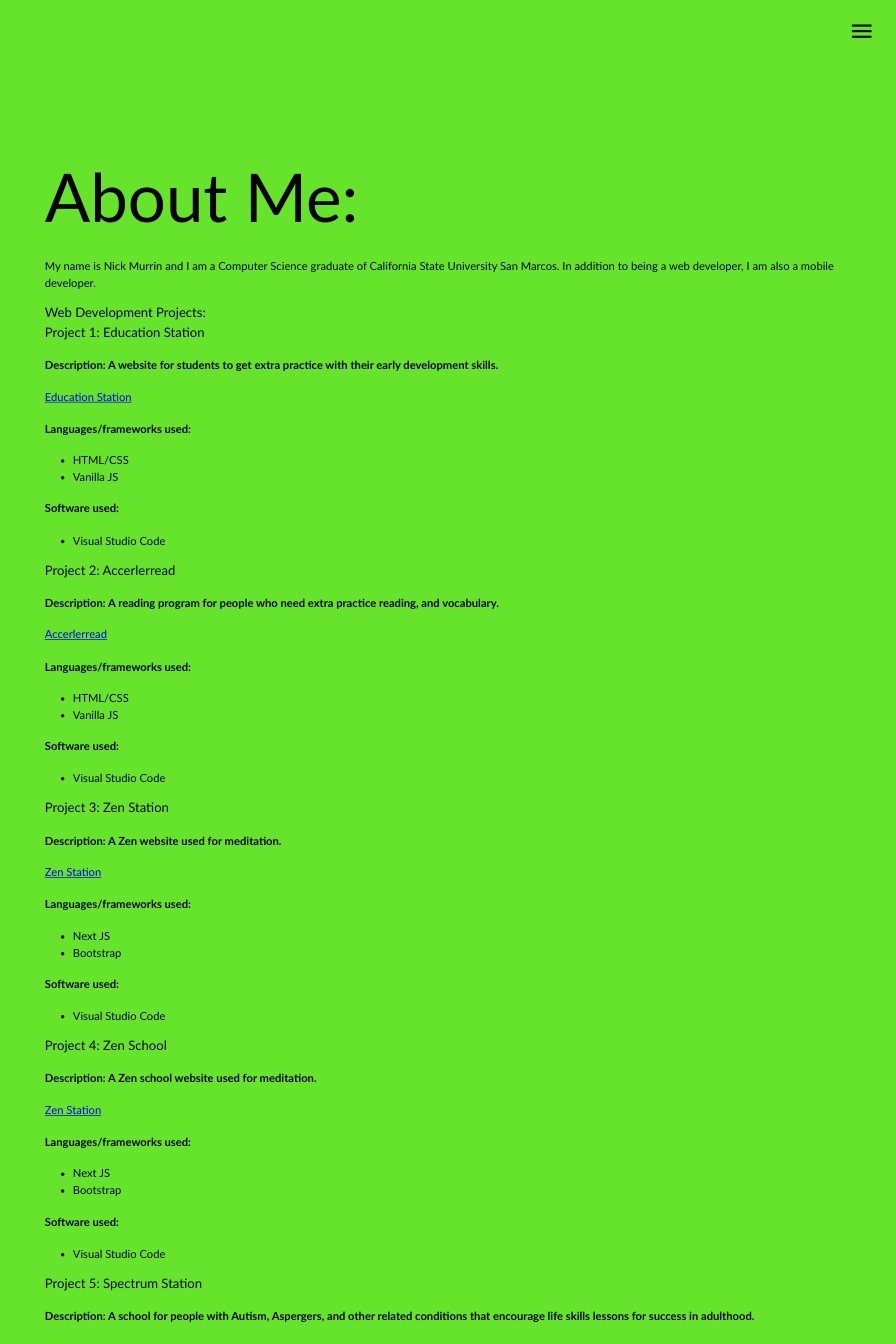
Repository: collegedude9300/modernport
Page: about.html
An editor plug-in stored every save of this project. The page is shown before and after the next save, followed by the edit.
The browser window is 1280 px wide. The pictures show the part of the page from y = 0 to 1920 px (the page is 2725 px tall before and 2701 px after), at 70% of full size.

Above is the page before, as saved 2023-06-26 22:22:12.

### about.html
<!DOCTYPE html>
<html lang="en">
<head>
  <meta charset="UTF-8">
  <meta name="viewport" content="width=device-width, initial-scale=1.0">
  <meta http-equiv="X-UA-Compatible" content="ie=edge">
  <link rel="stylesheet" href="css/main.css">
  <title>Portfolio</title>
</head>
<body>
<header>
<div class="menu-btn">
<div class="btn-line"></div>
<div class="btn-line"></div>
<div class="btn-line"></div>
</div>

<nav class="menu">
<div class="menu-branding">
<div class="portrait"></div>
</div>

<ul class="menu-nav">
<li class="nav-item">
<a href="index.html" class="nav-link">
Home
</a>
</li>

<li class="nav-item current">
<a href="about.html" class="nav-link">
About Me
</a>
</li>



<li class="nav-item">
<a href="contact.html" class="nav-link">
Contact Me
</a>
</li>
</ul>
</nav>
</header>
<main id="home">

<h1 class="lg-heading">
About Me:
</h1>
    <div class="about-info">
      <div class="bio">
        <p>My name is Nick Murrin and I am a Computer Science graduate of California State University San Marcos.
        In addition to being a web developer, I am also a mobile developer.
        </p>
        <h3>  Web Development Projects:</h3>
      </div>
      <div class="project1">
        <h3>Project 1: Education Station </h3>
        <h4>Description: A website for students to get extra practice with their early development skills.</h4>
        <a href="https://educationstation.vercel.app/ "/>Education Station </a>
<h4> Languages/frameworks used: </h4>
<ul>
  <li>HTML/CSS</li>
  <li>Vanilla JS </li>
</ul>
<h4> Software used: </h4>
<ul>
<li> Visual Studio Code  </li>
</ul>
      </div>
      <div class="project2">
        <h3>Project 2: Accerlerread</h3>
        <h4>Description: A reading program for people who need extra practice reading, and vocabulary. </h4>
        <a href="https://accelerread.vercel.app/"/> Accerlerread </a>
    <h4> Languages/frameworks used: </h4>
    <ul>
      <li>HTML/CSS</li>
      <li>Vanilla JS </li>
    </ul>
    <h4> Software used: </h4>
    <ul>
    <li> Visual Studio Code  </li>
    </ul>
      </div>
<div class="project3">
        <h3>Project 3: Zen Station</h3>
        <h4>Description: A Zen website used for meditation.</h4>
        <a href="https://zenstationnext.vercel.app/"/> Zen Station </a>
<h4> Languages/frameworks used: </h4>
<ul>
  <li>Next JS</li>
  <li>Bootstrap</li>
</ul>
<h4> Software used: </h4>
<ul>
<li> Visual Studio Code  </li>
</ul>
      </div>

      <div class="project4">
        <h3>Project 4: Zen School</h3>
        <h4>Description: A Zen school website used for meditation.</h4>
        <a href="https://zenschool.vercel.app/"/> Zen Station </a>
<h4> Languages/frameworks used: </h4>
<ul>
  <li>Next JS</li>
  <li>Bootstrap</li>
</ul>
<h4> Software used: </h4>
<ul>
<li> Visual Studio Code  </li>
</ul>
      </div>


      <div class="project5">
        <h3>Project 5: Spectrum Station</h3>
        <h4>Description: A school for people with Autism, Aspergers, and other related conditions that encourage life skills lessons for success in adulthood.</h4>
        <a href="https://spectrumstation.vercel.app/"/> Spectrum Station </a>
<h4> Languages/frameworks used: </h4>
<ul>
  <li>Next JS</li>
  <li>ChakraJS</li>
</ul>
<h4> Software used: </h4>
<ul>
<li> Visual Studio Code  </li>
</ul>
      </div>

      <div class="project6">
        <h3>Project 6:  Diet Blog</h3>
        <h4>Description: A diet blog that provides advice about healthy living.</h4>
        <a href="https://dietblog.vercel.app/"/> Diet Blog </a>
<h4> Languages/frameworks used: </h4>
<ul>
  <li>Next JS</li>
  <li>Markdown</li>
</ul>
<h4> Software used: </h4>
<ul>
<li> Visual Studio Code  </li>
</ul>
      </div>

<h4> Future Projects Summer/Fall 2023  </h4>
<ul>
  <li> Vuex Project </li>
  <li> Math Quiz for Kids updated with Universal </li>
  <li> Another NextJS project </li>
  </ul>

</div>
</div>
</main>
  <footer id="main-footer">
  Copyright &copy; 2023
  Developed and designed by Nick Murrin
  </footer>
<script src="js/main.js"> </script>
</body>
</html>

### css/main.css
.menu-btn {
  position: absolute;
  z-index: 3;
  right: 35px;
  top: 35px;
  cursor: pointer;
  transition: all 0.5s ease-out; }
  .menu-btn .btn-line {
    width: 28px;
    height: 3px;
    margin: 0 0 5px 0;
    background: #000;
    transition: all 0.5s ease-out; }
  .menu-btn.close {
    transform: rotate(180deg); }
    .menu-btn.close .btn-line:nth-child(1) {
      transform: rotate(45deg) translate(5px, 5px); }
    .menu-btn.close .btn-line:nth-child(2) {
      opacity: 0; }
    .menu-btn.close .btn-line:nth-child(3) {
      transform: rotate(-45deg) translate(7px, -6px); }

.menu {
  position: fixed;
  top: 0;
  width: 100%;
  opacity: 0.9;
  visibility: hidden; }
  .menu.show {
    visibility: visible; }
  .menu-branding, .menu-nav {
    display: flex;
    flex-flow: column wrap;
    align-items: center;
    justify-content: center;
    float: left;
    width: 50%;
    height: 100vh;
    overflow: hidden; }
  .menu-nav {
    margin: 0;
    padding: 0;
    background: #f6a205;
    list-style: none;
    transform: translate3d(0, -100%, 0);
    transition: all 0.5s ease-out; }
    .menu-nav.show {
      transform: translate3d(0, 0, 0); }
  .menu-branding {
    background: #faac1b;
    transform: translate3d(0, 100%, 0);
    transition: all 0.5s ease-out; }
    .menu-branding.show {
      transform: translate3d(0, 0, 0); }
    .menu-branding .portrait {
      width: 250px;
      height: 250px; }
  .menu .nav-item {
    transform: translate3d(600px, 0, 0);
    transition: all 0.5s ease-out; }
    .menu .nav-item.show {
      transform: translate3d(0, 0, 0); }
  .menu .nav-link {
    display: inline-block;
    position: relative;
    font-size: 30px;
    text-transform: uppercase;
    padding: 1rem 0;
    font-weight: 300;
    color: #000;
    text-decoration: none;
    transition: all 0.5s ease-out; }

.nav-item:nth-child(1) {
  transition-delay: 0.1s; }

.nav-item:nth-child(2) {
  transition-delay: 0.2s; }

.nav-item:nth-child(3) {
  transition-delay: 0.3s; }

.nav-item:nth-child(4) {
  transition-delay: 0.4s; }

@media screen and (min-width: 1171px) {
  .projects {
    grid-template-columns: repeat(4, 1fr); } }

@media screen and (min-width: 769px) and (max-width: 1170px) {
  .projects {
    grid-template-columns: repeat(3, 1fr); } }

@media screen and (max-width: 768px) {
  main {
    align-items: center;
    text-align: center; }
    main .lg-heading {
      line-height: 1;
      margin-bottom: 1rem; }
  ul.menu-nav,
  div.menu-branding {
    float: none;
    width: 100%;
    min-height: 0; }
    ul.menu-nav.show,
    div.menu-branding.show {
      transform: translate3d(0, 0, 0); }
  .menu-nav {
    height: 75vh;
    transform: translate3d(-100%, 0, 0);
    font-size: 24px; }
  .menu-branding {
    height: 25vh;
    transform: translate3d(100%, 0, 0); }
    .menu-branding .portrait {
      width: 150px;
      height: 150px; }
  .about-info {
    grid-template-areas: 'bioimage'
 'bio'
 'job1'
 'job2'
 'job3';
    grid-template-columns: 1fr; }
  .projects {
    grid-template-columns: repeat(2, 1fr); } }

@media screen and (max-width: 500px) {
  main {
    padding: 2rem; }
    main #home h1 {
      margin-top: 10vh; }
    main .lg-heading {
      margin-top: 1rem;
      font-size: 5rem; }
  .projects {
    grid-template-columns: 1fr; } }

* {
  box-sizing: border-box; }

body {
  background: #66e42c;
  color: #0a0303;
  height: 100%;
  margin: 0;
  font-family: 'Trebuchet MS', 'Lucida Sans Unicode', 'Lucida Grande', 'Lucida Sans', Arial, sans-serif;
  line-height: 1.5; }

.transition1 {
  width: 150px;
  height: 150px;
  background: red;
  transition: width 3s; }

.transition2 {
  width: 150px;
  height: 150px;
  background: #12e7ee;
  transition: width 3s; }

.transition3 {
  width: 150px;
  height: 150px;
  background: #e7d918;
  transition: width 3s; }

.transition4 {
  width: 150px;
  height: 150px;
  background: rgba(238, 150, 18, 0.753);
  transition: width 3s; }

.myTitle {
  padding: 50px;
  margin: 20px;
  font-size: 30px;
  font-family: Cambria, Cochin, Georgia, Times, 'Times New Roman', serif;
  color: #1133ca; }

h1, h2, h3 {
  margin: 0;
  font-weight: 400; }

.lg-heading {
  font-size: 6rem; }

header {
  position: relative;
  z-index: 2; }

main {
  padding: 4rem;
  height: 100%; }
  main#home {
    overflow: hidden; }
  main h1 {
    margin-top: 20vh; }

### js/main.js
// Select DOM Items
const menuBtn = document.querySelector('.menu-btn');
const menu = document.querySelector('.menu');
const menuNav = document.querySelector('.menu-nav');
const menuBranding = document.querySelector('.menu-branding');
const navItems = document.querySelectorAll('.nav-item');

// Set Initial State Of Menu
let showMenu = false;

menuBtn.addEventListener('click', toggleMenu);

function toggleMenu() {
  if (!showMenu) {
    menuBtn.classList.add('close');
    menu.classList.add('show');
    menuNav.classList.add('show');
    menuBranding.classList.add('show');
    navItems.forEach(item => item.classList.add('show'));

    // Set Menu State
    showMenu = true;
  } else {
    menuBtn.classList.remove('close');
    menu.classList.remove('show');
    menuNav.classList.remove('show');
    menuBranding.classList.remove('show');
    navItems.forEach(item => item.classList.remove('show'));

    // Set Menu State
    showMenu = false;
  }
}

After the next save:
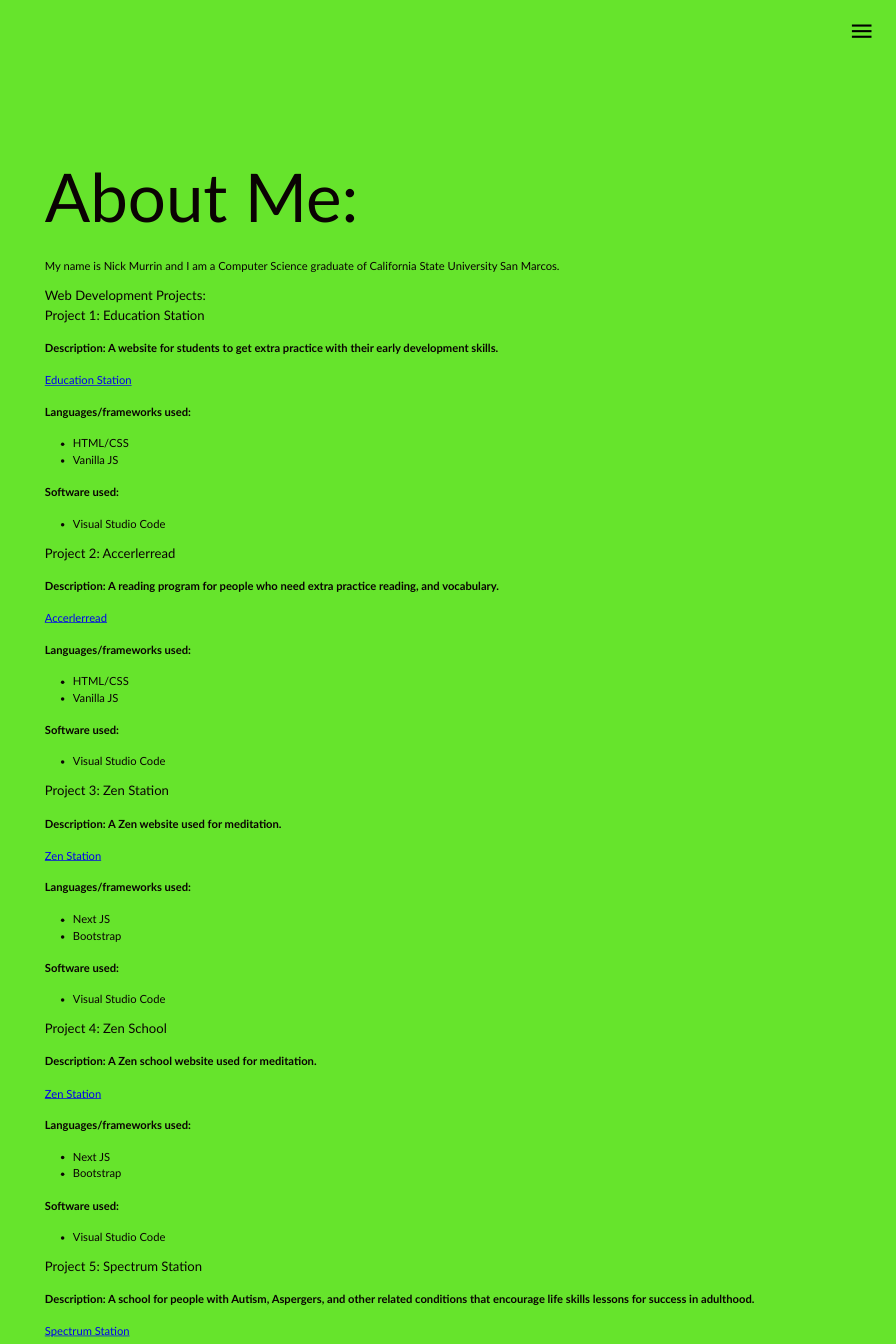
Saved 15 days later.
--- a/about.html
+++ b/about.html
@@ -49,11 +49,9 @@ Contact Me
 About Me:
 </h1>
     <div class="about-info">
-      <div class="bio">
-        <p>My name is Nick Murrin and I am a Computer Science graduate of California State University San Marcos.
-        In addition to being a web developer, I am also a mobile developer.
-        </p>
-        <h3>  Web Development Projects:</h3>
+    <div class="bio">
+      <p>My name is Nick Murrin and I am a Computer Science graduate of California State University San Marcos. </p>
+      <h3>  Web Development Projects:</h3>
       </div>
       <div class="project1">
         <h3>Project 1: Education Station </h3>
@@ -148,7 +146,7 @@ About Me:
 <ul>
   <li> Vuex Project </li>
   <li> Math Quiz for Kids updated with Universal </li>
-  <li> Another NextJS project </li>
+  <li> Another NextJS project (Auth) </li>
   </ul>
 
 </div>
